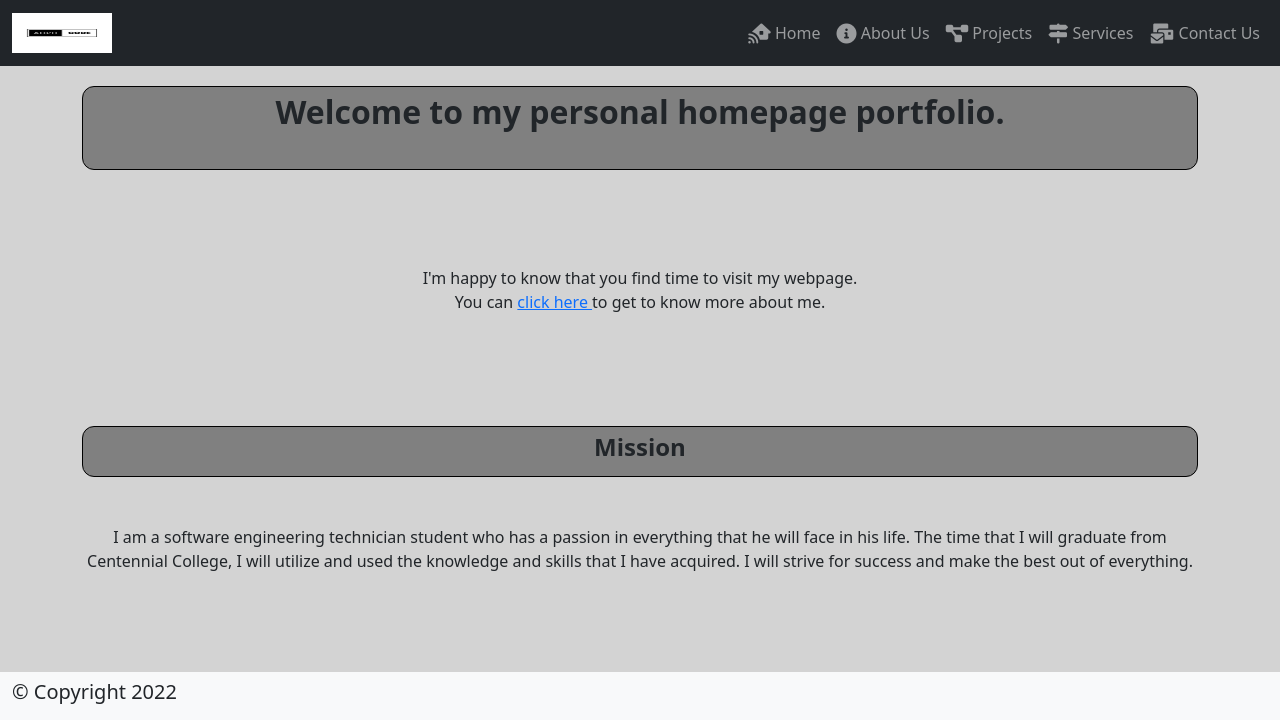
Repository: acarino4/Express-Portfolio-Site
Page: http://localhost/
The author's editor kept a copy of each file at every save. The page is drawn from the files as they stood at one save, then again after the next save.
The browser window is 1280 px wide. The pictures show the whole page.
The page is served by the project's Node server (server.js). Other server files are loaded and not shown.

Above is the page before, as saved 2022-10-08 19:13:27.

### Server/Views/index.ejs
<!--
    *****************************************
    * File Name: MyExpressPortfolio         *
    * Students Name: Jenyll Mabborang       *
    * Student ID: 301225121                 *
    * Date: June 06, 2022                   *
    *****************************************
-->

<!DOCTYPE html>
<html lang="en">
<head>
    <meta charset="UTF-8">
    <meta http-equiv="X-UA-Compatible" content="IE=edge">
    <meta name="viewport" content="width=device-width, initial-scale=1.0">
    <title><%= title %></title>
    <!-- CSS Goes Here -->
    <link rel="stylesheet" href="./bootstrap/dist/css/bootstrap.min.css">
    <link rel="stylesheet" href="./@fortawesome/fontawesome-free/css/all.min.css">
    <link rel="stylesheet" href="./Content/app.css">
</head>
<body>
    <!-- Main Navigation Section -->
    <header>
        <%- include('components/header.ejs'); %> <!-- Inserts or injects my header.ejs inside my header-->
    </header>

    <!-- Content Section -->
    <main>
        <%- include('content/' + page + '.ejs'); %>
    </main>

    <!-- Site-wide Footer Section -->
    <footer>
        <!-- Site-wide footer -->
        <%- include('components/footer.ejs'); %> <!-- Inserts or injects my footerr.ejs inside my footer-->
    </footer>

    <!-- JavaScript goes here -->
    <script src="./jquery/dist/jquery.min.js"></script>
    <script src="./bootstrap/dist/js/bootstrap.min.js"></script>
    <script src="./@fortawesome/fontawesome-free/js/all.min.js"></script>
    <script src="./Scripts/app.js"></script>
</body>
</html>

### Server/Views/components/header.ejs
<!--
  Name: Angelo Caster M. Carino
  Student ID: 301223955
  Assignment 1: Express Portfolio Site
-->
<nav class="navbar navbar-expand-lg navbar-dark bg-dark">
    <div class="container-fluid">
      <a class="navbar-brand" href="/"><img src="./Assets/images/ACPH.png" alt="" width="100" height="40"></i> </a>
      <button class="navbar-toggler" type="button" data-bs-toggle="collapse" data-bs-target="#navbarSupportedContent" aria-controls="navbarSupportedContent" aria-expanded="false" aria-label="Toggle navigation">
        <span class="navbar-toggler-icon"></span>
      </button>
      <div class="collapse navbar-collapse" id="navbarSupportedContent">
        <ul class="navbar-nav ms-auto mb-2 mb-lg-0">

          <!-- Home Page link -->
          <li class="nav-item">
            <a class="nav-link" aria-current="page" href="/home"><i class="fa-solid fa-house-signal fa-lg"></i> Home</a>
          </li>

          <!-- About Page link -->
          <li class="nav-item">
            <a class="nav-link" aria-current="page" href="/about"><i class="fa-solid fa-circle-info fa-lg"></i></i> About Us</a>
          </li>

          <!-- Projects Page link -->
          <li class="nav-item">
            <a class="nav-link" aria-current="page" href="/projects"><i class="fa-solid fa-diagram-project fa-lg"></i></i> Projects</a>
          </li>

          <!-- Services Page link -->
          <li class="nav-item">
            <a class="nav-link" aria-current="page" href="/services"><i class="fa-solid fa-signs-post fa-lg"></i></i> Services</a>
          </li>

          <!-- Contact Page link -->
          <li class="nav-item">
            <a class="nav-link" aria-current="page" href="/contact"><i class="fa-solid fa-envelopes-bulk fa-lg"></i> Contact Us</a>
          </li>

        </ul>
      </div>
    </div>
  </nav>

### Server/Views/content/home.ejs
<!--
  Name: Angelo Caster M. Carino
  Student ID: 301223955
  Assignment 1: Express Portfolio Site
-->

<!-- HOME.EJS body content section -->
<head>
    <style>
        body {
            background-color:lightgray;
        }
        .div1 {
            border: 1px solid black;
            border-radius: 12px;
            padding: 6px;
            background-color: grey;
            text-align: center;


        }

   </style>

</head>

<div class="container" style="padding-top: 20px;">
    <!-- Welcome Message -->
    <div class = "div1">
    <h2><strong>Welcome to my personal homepage portfolio.</strong></h2> <br>
</div>
<br>
<br>
<br>
<br>
<center>
    <p>I'm happy to know that you find time to visit my webpage. <br>
    <!-- Link to my about page -->
    You can <a href="./about"> click here </a> to get to know more about me.</p> <br><br><br><br>

    <!-- Mission Statement -->
    <div class = "div1">
    <h4> <strong>Mission</strong> </h4>
</div>
<br>
<br>
    <p> I am a software engineering technician student who has a passion in everything that he will face in his life.
        The time that I will graduate from Centennial College, I will utilize and used the knowledge and skills that
        I have acquired. I will strive for success and make the best out of everything. </p>
</div>
</center>

### Server/Views/components/footer.ejs
<!--
  Name: Angelo Caster M. Carino
  Student ID: 301223955
  Assignment 1: Express Portfolio Site
-->

<nav class="navbar fixed-bottom bg-light">
    <div class="container-fluid">
      <h5 id="copyright">&copy; Copyright 2022 </h5>
    </div>
</nav>

### server.js
#!/usr/bin/env node
"use strict";
var __importDefault = (this && this.__importDefault) || function (mod) {
    return (mod && mod.__esModule) ? mod : { "default": mod };
};
Object.defineProperty(exports, "__esModule", { value: true });
const app_1 = __importDefault(require("./Server/Config/app"));
const debug_1 = __importDefault(require("debug"));
(0, debug_1.default)('lesson4:server');
const http_1 = __importDefault(require("http"));
const port = normalizePort(process.env.PORT || '3000');
app_1.default.set('port', port);
const server = http_1.default.createServer(app_1.default);
server.listen(port);
server.on('error', onError);
server.on('listening', onListening);
function normalizePort(val) {
    var port = parseInt(val, 10);
    if (isNaN(port)) {
        return val;
    }
    if (port >= 0) {
        return port;
    }
    return false;
}
function onError(error) {
    if (error.syscall !== 'listen') {
        throw error;
    }
    let bind = typeof port === 'string'
        ? 'Pipe ' + port
        : 'Port ' + port;
    switch (error.code) {
        case 'EACCES':
            console.error(bind + ' requires elevated privileges');
            process.exit(1);
            break;
        case 'EADDRINUSE':
            console.error(bind + ' is already in use');
            process.exit(1);
            break;
        default:
            throw error;
    }
}
function onListening() {
    let addr = server.address();
    let bind = 'pipe ' + addr;
    (0, debug_1.default)('Listening on ' + bind);
}
//# sourceMappingURL=server.js.map

### Server/Routes/index.js
"use strict";
var __importDefault = (this && this.__importDefault) || function (mod) {
    return (mod && mod.__esModule) ? mod : { "default": mod };
};
Object.defineProperty(exports, "__esModule", { value: true });
const express_1 = __importDefault(require("express"));
const router = express_1.default.Router();
router.get('/', function (req, res, next) {
    res.render('index', { title: 'Home', page: 'home' });
});
router.get('/home', function (req, res, next) {
    res.render('index', { title: 'Home', page: 'home' });
});
router.get('/about', function (req, res, next) {
    res.render('index', { title: 'About Us', page: 'about' });
});
router.get('/projects', function (req, res, next) {
    res.render('index', { title: 'Our Projects', page: 'projects' });
});
router.get('/services', function (req, res, next) {
    res.render('index', { title: 'Our Services', page: 'services' });
});
router.get('/contact', function (req, res, next) {
    res.render('index', { title: 'Contact Us', page: 'contact' });
});
exports.default = router;
//# sourceMappingURL=index.js.map

### Client/Content/app.css
/*CUSTOM CSS GOES HERE*/

### Client/Scripts/app.js
"use strict";
(function () {
    function Start() {
        console.log("App Started!");
        let XHR = new XMLHttpRequest();
        XHR.open("GET", "../data/data.json");
        XHR.send();
        XHR.addEventListener("readystatechange", function () {
            if (XHR.readyState == 4 && XHR.status == 200) {
                console.log("JSON Data:");
                console.log("===========");
                console.log(XHR.responseText);
            }
        });
    }
    window.addEventListener("load", Start);
})();
//# sourceMappingURL=app.js.map

### Client/data/data.json
{
    "FullName": "Jenyll Mabborang",
    "ContactNumber": "564315584",
    "EmailAddress": "jenyll@example.com"
}

After the next save:
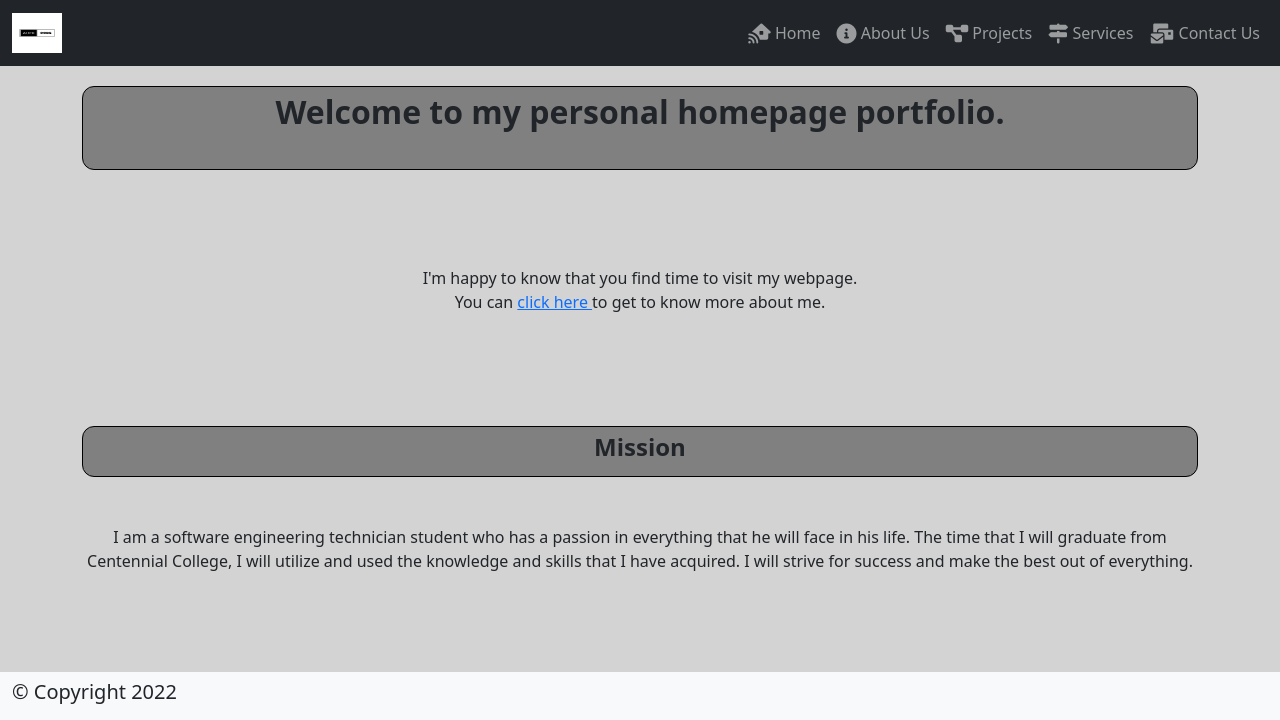
Saved 5 s later.
--- a/Server/Views/components/header.ejs
+++ b/Server/Views/components/header.ejs
@@ -5,7 +5,7 @@
 -->
 <nav class="navbar navbar-expand-lg navbar-dark bg-dark">
     <div class="container-fluid">
-      <a class="navbar-brand" href="/"><img src="./Assets/images/ACPH.png" alt="" width="100" height="40"></i> </a>
+      <a class="navbar-brand" href="/"><img src="./Assets/images/ACPH.png" alt="" width="50" height="40"></i> </a>
       <button class="navbar-toggler" type="button" data-bs-toggle="collapse" data-bs-target="#navbarSupportedContent" aria-controls="navbarSupportedContent" aria-expanded="false" aria-label="Toggle navigation">
         <span class="navbar-toggler-icon"></span>
       </button>
